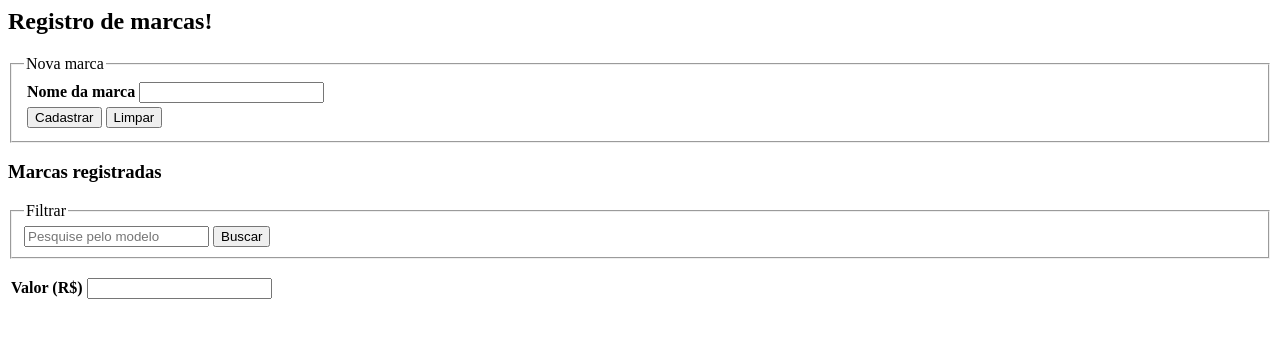
Repository: AndreiLGomes/faculdade
Page: ProjetoTrilhaWeb2/src/main/webapp/js/index.html
These files come from the project's save history. The page is drawn as it stood at one moment and after the next save; the edit follows.
The browser window is 1280 px wide. The pictures show the whole page.

Above is the page before, as saved 2024-11-13 23:26:12.
Console error: ReferenceError: $ is not defined

### ProjetoTrilhaWeb2/src/main/webapp/js/index.html
<script src="../../js/marca.js"></script>

<h2>Registro de marcas!</h2>

<form name="frmAddMarca" id="addMarca" class="frmInserir">
    <fieldset>
        <legend>Nova marca</legend>
        <table>
            <tr>
                <th>Nome da marca</th>
                <td>
                    <input type="text" name="nome">
                </td>
            </tr>
            <tr>
                <td colspan="2">
                    <button type="button" onclick="COLDIGO.marca.cadastrar()">Cadastrar</button>
                    <button type="reset">Limpar</button>
                </td>
            </tr>
        </table>
    </fieldset>
</form>

<h3>Marcas registradas</h3>

<form id="filtrarMarca" class="frmFiltrar">
    <fieldset>
        <legend>Filtrar</legend>
        <input type="text" name="txtbusca" id="campoBuscamMarca" placeholder="Pesquise pelo modelo">
        <button type="button" onclick="COLDIGO.marca.buscar()">Buscar</button>
    </fieldset>
</form>

<div id="listaMarcas" class="listaRegistros"></div>

<div id="modalEditaMarca" class="modalEditar">
    <form name="frmEditaMarca" id="editaMarca" class="frmEditar">
        <table>
            <tr>
                <th>Valor (R$)</th>
                <td>
                    <input type="text" name="valor">
                </td>
            </tr>
        </table>
        <input type="hidden" name="idProduto">
    </form>
</div>

### ProjetoTrilhaWeb2/src/main/webapp/js/marca.js
// Certifique-se de que COLDIGO existe e defina o objeto marca
var COLDIGO = COLDIGO || {};
COLDIGO.marca = new Object();

$(document).ready(function(){
	COLDIGO.marca.cadastrar = function(){
		var marca = new Object();
		marca.nome = document.frmAddMarca.nome.value;  // Nome do formulário correto

		console.log("aqui a marca " + marca.nome);

		if (marca.nome == "") {
			COLDIGO.exibirAviso("Preencha todos os campos!");
		} else {
			$.ajax({
				type: "POST",
				url: COLDIGO.PATH + "marca/inserir",
				data: JSON.stringify(marca),
				success: function(msg){
					COLDIGO.exibirAviso(msg);
					$("#addMarca").trigger("reset"); // Reset no formulário correto
				},
				error: function(info){
					COLDIGO.exibirAviso("Erro ao cadastrar uma nova marca: " + info.status + " - " + info.statusText);
				}
			});
		}
	};
});

After the next save:
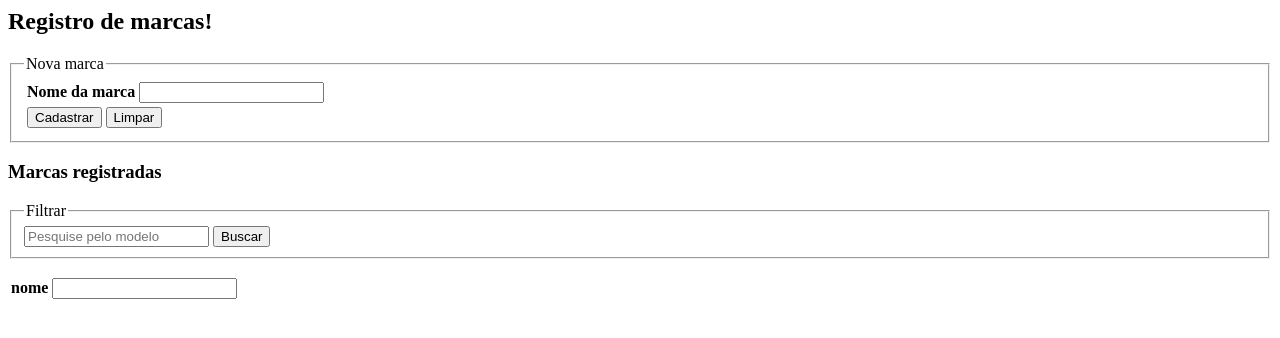
Saved 12 s later.
--- a/ProjetoTrilhaWeb2/src/main/webapp/js/index.html
+++ b/ProjetoTrilhaWeb2/src/main/webapp/js/index.html
@@ -38,9 +38,9 @@
     <form name="frmEditaMarca" id="editaMarca" class="frmEditar">
         <table>
             <tr>
-                <th>Valor (R$)</th>
+                <th>nome</th>
                 <td>
-                    <input type="text" name="valor">
+                    <input type="text" name="nome">
                 </td>
             </tr>
         </table>
